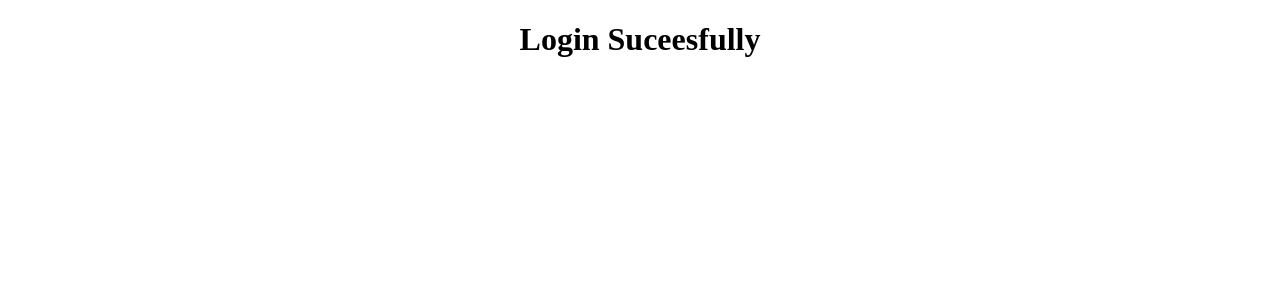
Repository: jaseem1999/JAVA
Page: server/smpleserver/src/main/webapp/WEB-INF/Success.html
These files come from the project's save history. The page is drawn as it stood at one moment and after the next save; the edit follows.
The browser window is 1280 px wide. The pictures show the whole page.

Above is the page before, as saved 2022-11-20 15:15:03.

After the next save:
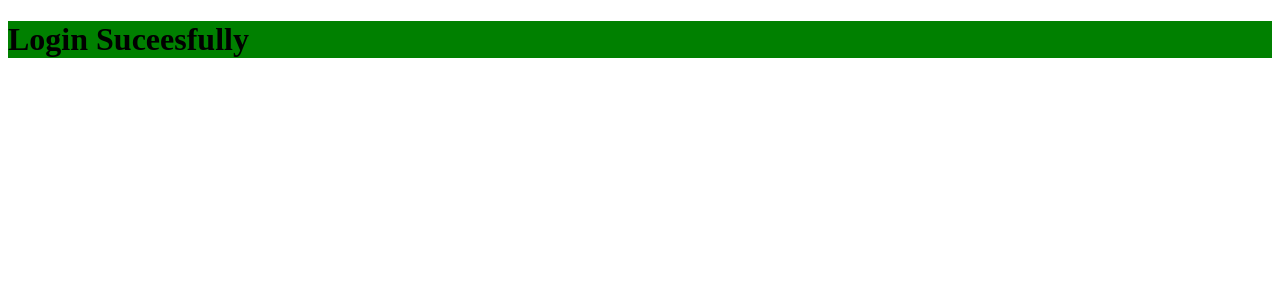
Saved 3 min 24 s later.
--- a/server/smpleserver/src/main/webapp/WEB-INF/Success.html
+++ b/server/smpleserver/src/main/webapp/WEB-INF/Success.html
@@ -5,6 +5,6 @@
 <title>Insert title here</title>
 </head>
 <body>
-<h1 style="bg-color: green;"><center>Login Suceesfully</center></h1>
+<h1 style="background-color: green;">Login Suceesfully</h1>
 </body>
 </html>
